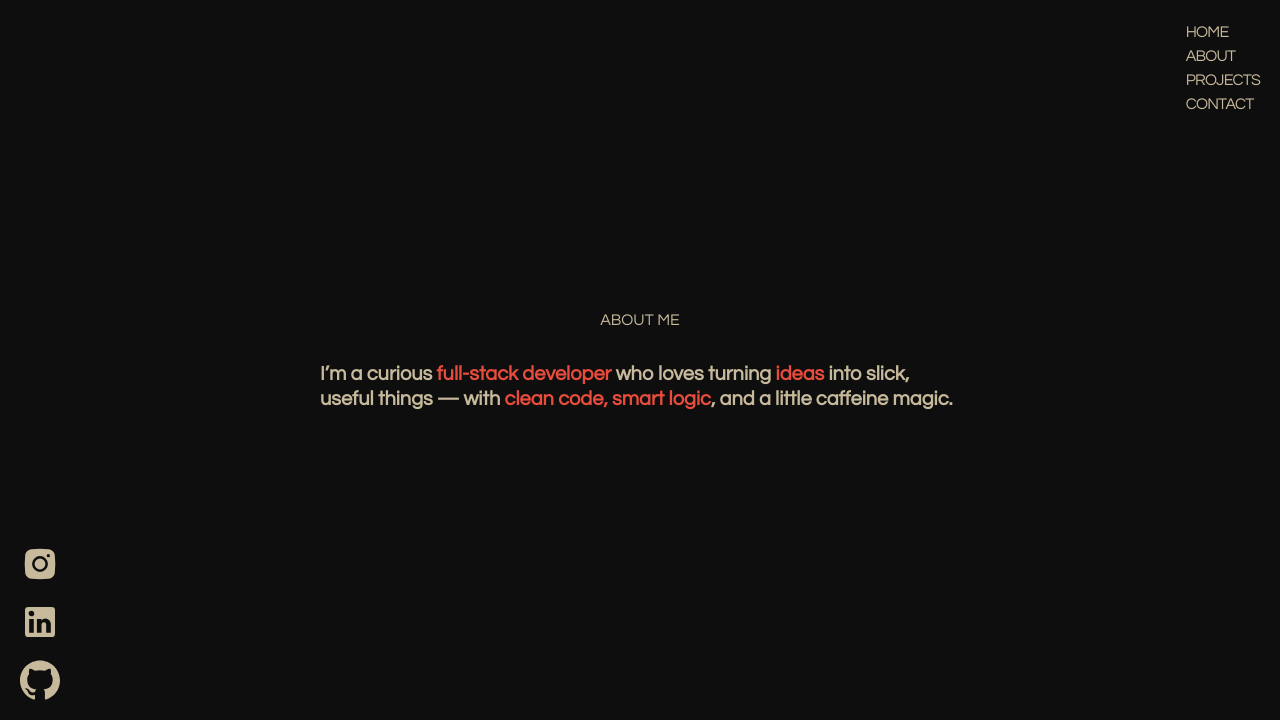
Repository: divyamGNH/DivyamPF
Page: /about
An editor plug-in stored every save of this project. The page is shown before and after the next save, followed by the edit.
The browser window is 1280 px wide. The pictures show the whole page.
The project was rebuilt for these pictures with package versions that can differ from the ones it lists, and the page was loaded fresh each time. Also part of the build but not shown: vite.config.js, src/App.css, src/components/MaskLayer.jsx, src/pages/Landing.jsx, src/pages/Footer.jsx, src/pages/TopProjects.jsx, src/animations/ScrolltoAnimate.jsx, src/pages/Home.jsx and 2 more.

Above is the page before, as saved 2025-12-20 17:17:24.

After the next save:
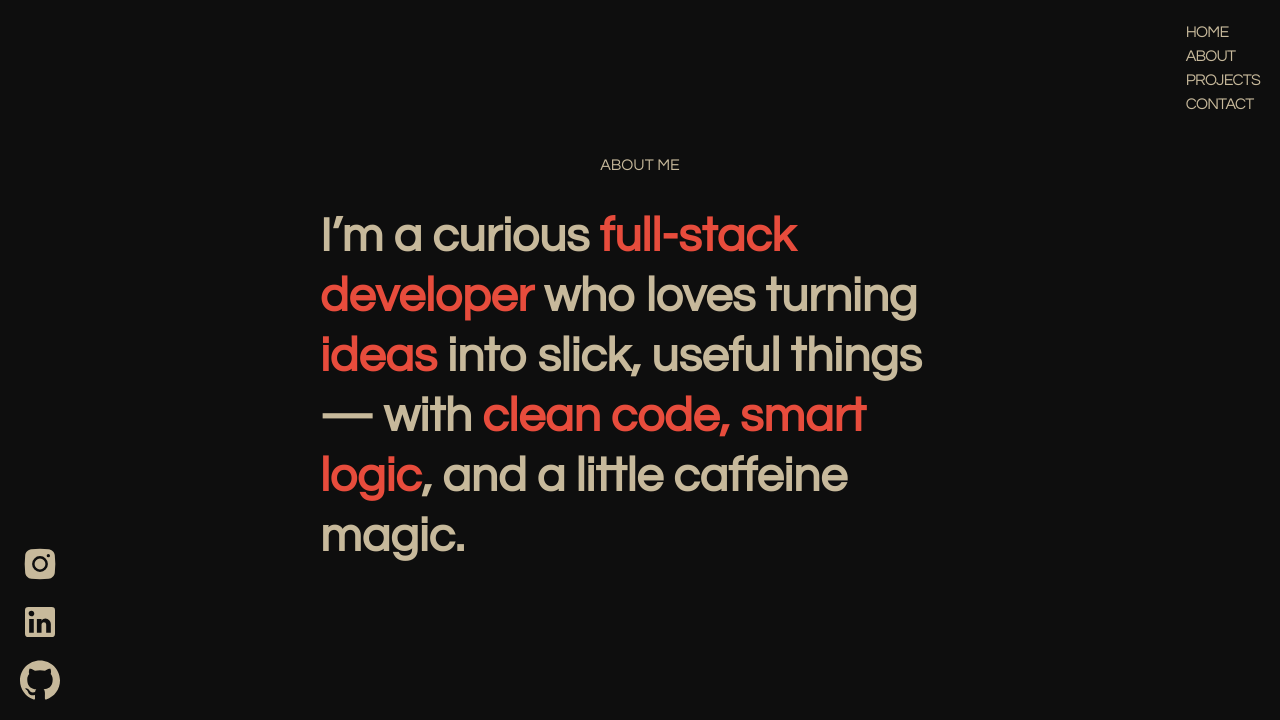
Saved 4 s later.
--- a/src/pages/AboutLanding.jsx
+++ b/src/pages/AboutLanding.jsx
@@ -75,7 +75,7 @@
           ABOUT ME
         </p>
 
-        <p className="text-xl font-extrabold text-[#C7B99B] leading-tight">
+        <p className="text-5xl font-extrabold text-[#C7B99B] leading-tight">
           I’m a curious{" "}
           <span className="text-[#E74C3C]">full-stack developer</span>{" "}
           who loves turning{" "}
